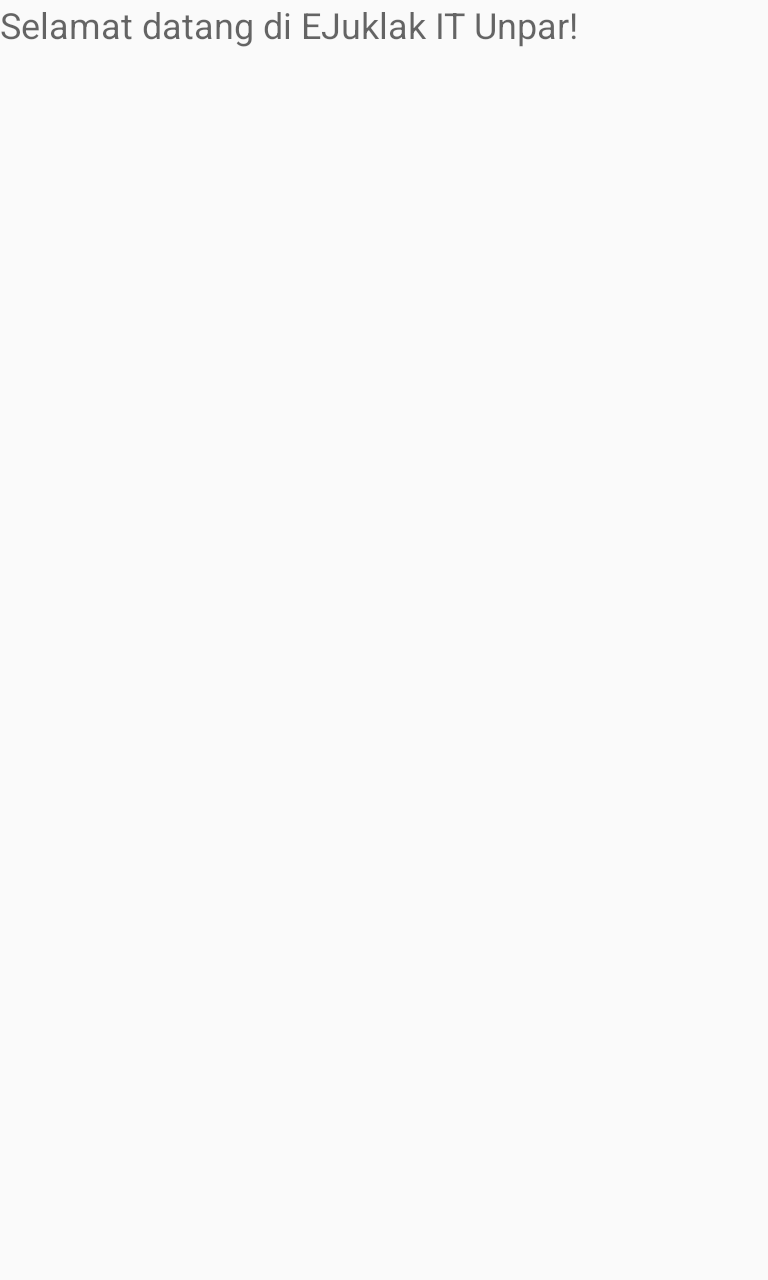
Repository: astridsoraya/eJuklak
Layout: eJuklakApp/EJuklakApp/res/layout/activity_main.xml
The author's editor kept a copy of each file at every save. The layout is drawn from the files as they stood at one save, then again after the next save.
It is drawn on a 768 x 1280 px phone screen (xhdpi) without system bars, with theme CustomActionBarTheme; the app's code is not run.

Above is the layout before, as saved 2015-02-22 14:00:56.

### eJuklakApp/EJuklakApp/res/layout/activity_main.xml
<!-- A DrawerLayout is intended to be used as the top-level content view using match_parent for both width and height to consume the full space available. -->
<android.support.v4.widget.DrawerLayout xmlns:android="http://schemas.android.com/apk/res/android"
    xmlns:tools="http://schemas.android.com/tools"
    android:id="@+id/drawer_layout"
    android:layout_width="match_parent"
    android:layout_height="match_parent"
    tools:context="ftis.unpar.ejuklakapp.MainActivity" >

    <!--
         As the main content view, the view below consumes the entire
         space available using match_parent in both dimensions.
    -->

    <FrameLayout
        android:id="@+id/container"
        android:layout_width="match_parent"
        android:layout_height="match_parent" >

        <TextView
            android:id="@+id/textView1"
            android:layout_width="wrap_content"
            android:layout_height="wrap_content"
            android:text="@string/banner"
            android:textAppearance="?android:attr/textAppearanceMedium" />

    </FrameLayout>

    <!--
         android:layout_gravity="start" tells DrawerLayout to treat
         this as a sliding drawer on the left side for left-to-right
         languages and on the right side for right-to-left languages.
         If you're not building against API 17 or higher, use
         android:layout_gravity="left" instead.
    -->
    <!--
         The drawer is given a fixed width in dp and extends the full height of
         the container.
    -->

    <fragment
        android:id="@+id/navigation_drawer"
        android:name="ftis.unpar.ejuklakapp.NavigationDrawerFragment"
        android:layout_width="@dimen/navigation_drawer_width"
        android:layout_height="match_parent"
        android:layout_gravity="start"
        tools:layout="@layout/fragment_navigation_drawer" />

</android.support.v4.widget.DrawerLayout>

### eJuklakApp/EJuklakApp/res/values/color.xml
<?xml version="1.0" encoding="utf-8"?>
<resources>
 <color name="white">#FFFFFF</color>
 <color name="yellow">#FFFF00</color>
 <color name="fuchsia">#FF00FF</color>
 <color name="red">#FF0000</color>
 <color name="silver">#C0C0C0</color>
 <color name="gray">#808080</color>
 <color name="olive">#808000</color>
 <color name="purple">#800080</color>
 <color name="maroon">#800000</color>
 <color name="aqua">#00FFFF</color>
 <color name="lime">#00FF00</color>
 <color name="teal">#008080</color>
 <color name="green">#008000</color>
 <color name="blue">#0000FF</color>
 <color name="navy">#000080</color>
 <color name="black">#000000</color>
 <color name="White">#FFFFFF</color>
 <color name="Ivory">#FFFFF0</color>
 <color name="LightYellow">#FFFFE0</color>
 <color name="Yellow">#FFFF00</color>
 <color name="Snow">#FFFAFA</color>
 <color name="FloralWhite">#FFFAF0</color>
 <color name="LemonChiffon">#FFFACD</color>
 <color name="Cornsilk">#FFF8DC</color>
 <color name="Seashell">#FFF5EE</color>
 <color name="LavenderBlush">#FFF0F5</color>
 <color name="PapayaWhip">#FFEFD5</color>
 <color name="BlanchedAlmond">#FFEBCD</color>
 <color name="MistyRose">#FFE4E1</color>
 <color name="Bisque">#FFE4C4</color>
 <color name="Moccasin">#FFE4B5</color>
 <color name="NavajoWhite">#FFDEAD</color>
 <color name="PeachPuff">#FFDAB9</color>
 <color name="Gold">#FFD700</color>
 <color name="Pink">#FFC0CB</color>
 <color name="LightPink">#FFB6C1</color>
 <color name="Orange">#FFA500</color>
 <color name="LightSalmon">#FFA07A</color>
 <color name="DarkOrange">#FF8C00</color>
 <color name="Coral">#FF7F50</color>
 <color name="HotPink">#FF69B4</color>
 <color name="Tomato">#FF6347</color>
 <color name="OrangeRed">#FF4500</color>
 <color name="DeepPink">#FF1493</color>
 <color name="Fuchsia">#FF00FF</color>
 <color name="Magenta">#FF00FF</color>
 <color name="Red">#FF0000</color>
 <color name="OldLace">#FDF5E6</color>
 <color name="LightGoldenrodYellow">#FAFAD2</color>
 <color name="Linen">#FAF0E6</color>
 <color name="AntiqueWhite">#FAEBD7</color>
 <color name="Salmon">#FA8072</color>
 <color name="GhostWhite">#F8F8FF</color>
 <color name="MintCream">#F5FFFA</color>
 <color name="WhiteSmoke">#F5F5F5</color>
 <color name="Beige">#F5F5DC</color>
 <color name="Wheat">#F5DEB3</color>
 <color name="SandyBrown">#F4A460</color>
 <color name="Azure">#F0FFFF</color>
 <color name="Honeydew">#F0FFF0</color>
 <color name="AliceBlue">#F0F8FF</color>
 <color name="Khaki">#F0E68C</color>
 <color name="LightCoral">#F08080</color>
 <color name="PaleGoldenrod">#EEE8AA</color>
 <color name="Violet">#EE82EE</color>
 <color name="DarkSalmon">#E9967A</color>
 <color name="Lavender">#E6E6FA</color>
 <color name="LightCyan">#E0FFFF</color>
 <color name="BurlyWood">#DEB887</color>
 <color name="Plum">#DDA0DD</color>
 <color name="Gainsboro">#DCDCDC</color>
 <color name="Crimson">#DC143C</color>
 <color name="PaleVioletRed">#DB7093</color>
 <color name="Goldenrod">#DAA520</color>
 <color name="Orchid">#DA70D6</color>
 <color name="Thistle">#D8BFD8</color>
 <color name="LightGrey">#D3D3D3</color>
 <color name="Tan">#D2B48C</color>
 <color name="Chocolate">#D2691E</color>
 <color name="Peru">#CD853F</color>
 <color name="IndianRed">#CD5C5C</color>
 <color name="MediumVioletRed">#C71585</color>
 <color name="Silver">#C0C0C0</color>
 <color name="DarkKhaki">#BDB76B</color>
 <color name="RosyBrown">#BC8F8F</color>
 <color name="MediumOrchid">#BA55D3</color>
 <color name="DarkGoldenrod">#B8860B</color>
 <color name="FireBrick">#B22222</color>
 <color name="PowderBlue">#B0E0E6</color>
 <color name="LightSteelBlue">#B0C4DE</color>
 <color name="PaleTurquoise">#AFEEEE</color>
 <color name="GreenYellow">#ADFF2F</color>
 <color name="LightBlue">#ADD8E6</color>
 <color name="DarkGray">#A9A9A9</color>
 <color name="Brown">#A52A2A</color>
 <color name="Sienna">#A0522D</color>
 <color name="YellowGreen">#9ACD32</color>
 <color name="DarkOrchid">#9932CC</color>
 <color name="PaleGreen">#98FB98</color>
 <color name="DarkViolet">#9400D3</color>
 <color name="MediumPurple">#9370DB</color>
 <color name="LightGreen">#90EE90</color>
 <color name="DarkSeaGreen">#8FBC8F</color>
 <color name="SaddleBrown">#8B4513</color>
 <color name="DarkMagenta">#8B008B</color>
 <color name="DarkRed">#8B0000</color>
 <color name="BlueViolet">#8A2BE2</color>
 <color name="LightSkyBlue">#87CEFA</color>
 <color name="SkyBlue">#87CEEB</color>
 <color name="Gray">#808080</color>
 <color name="Olive">#808000</color>
 <color name="Purple">#800080</color>
 <color name="Maroon">#800000</color>
 <color name="Aquamarine">#7FFFD4</color>
 <color name="Chartreuse">#7FFF00</color>
 <color name="LawnGreen">#7CFC00</color>
 <color name="MediumSlateBlue">#7B68EE</color>
 <color name="LightSlateGray">#778899</color>
 <color name="SlateGray">#708090</color>
 <color name="OliveDrab">#6B8E23</color>
 <color name="SlateBlue">#6A5ACD</color>
 <color name="DimGray">#696969</color>
 <color name="MediumAquamarine">#66CDAA</color>
 <color name="CornflowerBlue">#6495ED</color>
 <color name="CadetBlue">#5F9EA0</color>
 <color name="DarkOliveGreen">#556B2F</color>
 <color name="Indigo">#4B0082</color>
 <color name="MediumTurquoise">#48D1CC</color>
 <color name="DarkSlateBlue">#483D8B</color>
 <color name="SteelBlue">#4682B4</color>
 <color name="RoyalBlue">#4169E1</color>
 <color name="Turquoise">#40E0D0</color>
 <color name="MediumSeaGreen">#3CB371</color>
 <color name="LimeGreen">#32CD32</color>
 <color name="DarkSlateGray">#2F4F4F</color>
 <color name="SeaGreen">#2E8B57</color>
 <color name="ForestGreen">#228B22</color>
 <color name="LightSeaGreen">#20B2AA</color>
 <color name="DodgerBlue">#1E90FF</color>
 <color name="MidnightBlue">#191970</color>
 <color name="Aqua">#00FFFF</color>
 <color name="Cyan">#00FFFF</color>
 <color name="SpringGreen">#00FF7F</color>
 <color name="Lime">#00FF00</color>
 <color name="MediumSpringGreen">#00FA9A</color>
 <color name="DarkTurquoise">#00CED1</color>
 <color name="DeepSkyBlue">#00BFFF</color>
 <color name="DarkCyan">#008B8B</color>
 <color name="Teal">#008080</color>
 <color name="Green">#008000</color>
 <color name="DarkGreen">#006400</color>
 <color name="Blue">#0000FF</color>
 <color name="MediumBlue">#0000CD</color>
 <color name="DarkBlue">#00008B</color>
 <color name="Navy">#000080</color>
 <color name="Black">#000000</color>
</resources>

### eJuklakApp/EJuklakApp/res/values/strings.xml
<?xml version="1.0" encoding="utf-8"?>
<resources>

    <string name="app_name">EJuklak</string>
    <string name="nav_name">Daftar Isi</string>
    <string name="navigation_drawer_open">Open navigation drawer</string>
    <string name="navigation_drawer_close">Close navigation drawer</string>
    <string name="action_example">Example action</string>
    <string name="action_help">Help</string>
    <string name="action_about">About</string>
    <string name="action_settings">Settings</string>
    <string-array name="navigation_array">
        <item>Home</item>
        <item>Bab 1</item>
        <item>Bab 2</item>
        <item>Bab 3</item>
        <item>Bab 4</item>
        <item>Bab 5</item>
    </string-array>
    <color name="white">#FFFFFF</color>
    <color name="ferrari_red">#F70D1A</color>
    <color name="black">#000000</color>
    <color name="navy_blue">#000080</color>
    <color name="platinum">#E5E4E2</color>
    <string name="banner">Selamat datang di EJuklak IT Unpar!</string>
</resources>

### eJuklakApp/EJuklakApp/res/layout/fragment_navigation_drawer.xml
<ListView xmlns:android="http://schemas.android.com/apk/res/android"
    xmlns:tools="http://schemas.android.com/tools"
    android:layout_width="match_parent"
    android:layout_height="match_parent"
    android:background="@color/platinum"
    android:choiceMode="singleChoice"
    android:divider="@android:color/transparent"
    android:dividerHeight="3dp"
    tools:context="ftis.unpar.ejuklakapp.NavigationDrawerFragment" />

Loaded but not shown: eJuklakApp/EJuklakApp/res/values/styles.xml (common file); eJuklakApp/EJuklakApp/res/values/dimens.xml (common file)

After the next save:
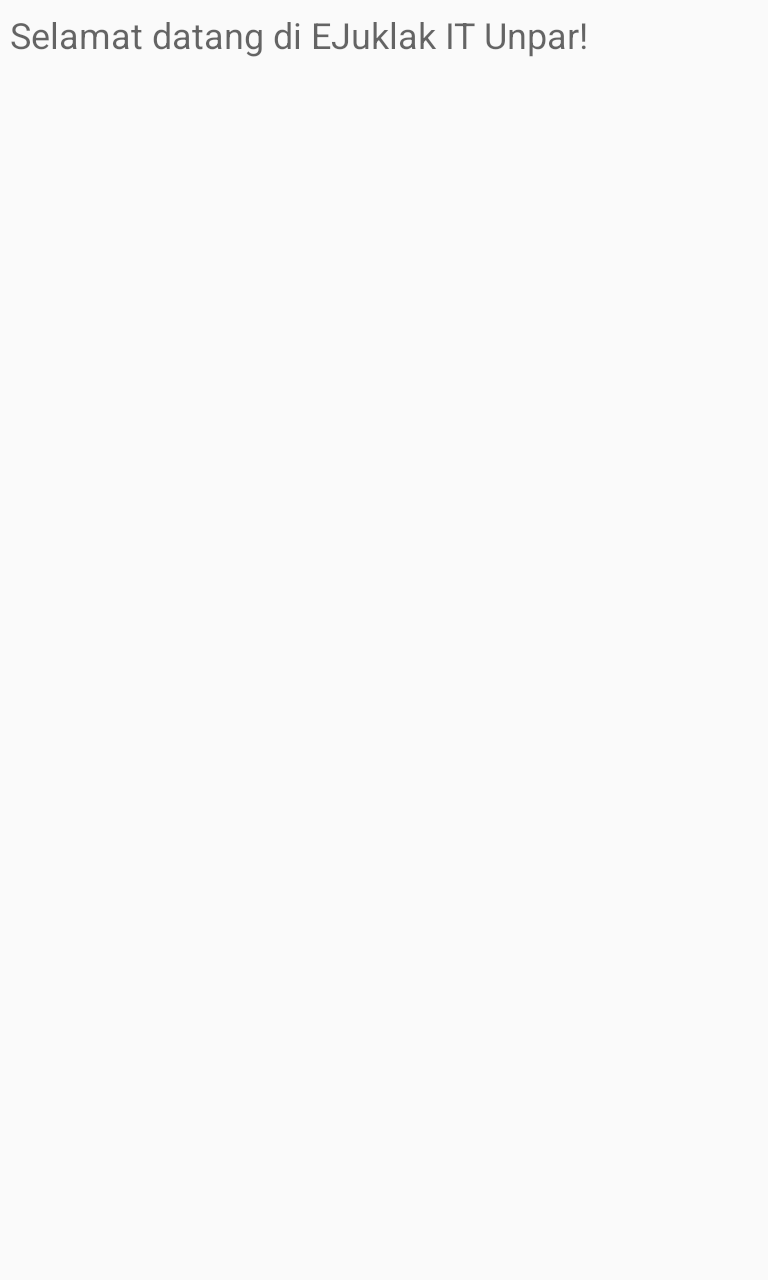
Saved 38 s later.
--- a/eJuklakApp/EJuklakApp/res/layout/activity_main.xml
+++ b/eJuklakApp/EJuklakApp/res/layout/activity_main.xml
@@ -21,7 +21,8 @@
             android:layout_width="wrap_content"
             android:layout_height="wrap_content"
             android:text="@string/banner"
-            android:textAppearance="?android:attr/textAppearanceMedium" />
+            android:textAppearance="?android:attr/textAppearanceMedium"
+            android:padding="5dp"/>
 
     </FrameLayout>
 
